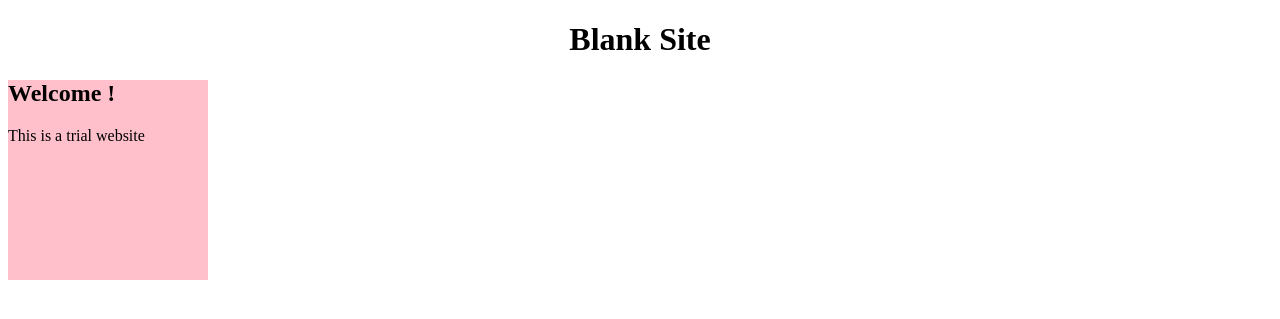
Repository: yhung004/Blank_Project
Page: index.html
The author's editor kept a copy of each file at every save. The page is drawn from the files as they stood at one save, then again after the next save.
The browser window is 1280 px wide. The pictures show the whole page.

Above is the page before, as saved 2024-04-04 00:13:01.

After the next save:
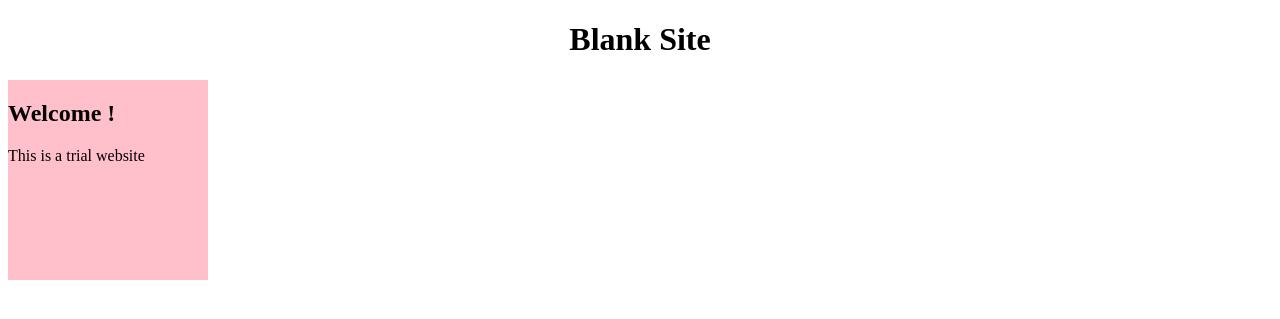
Saved 18 s later.
--- a/index.css
+++ b/index.css
@@ -4,5 +4,6 @@ h1.header {
 div.main {
     height: 200px;
     width: 200px;
-    background-color: pink
+    background-color: pink;
+    display: inline-block;
 }
